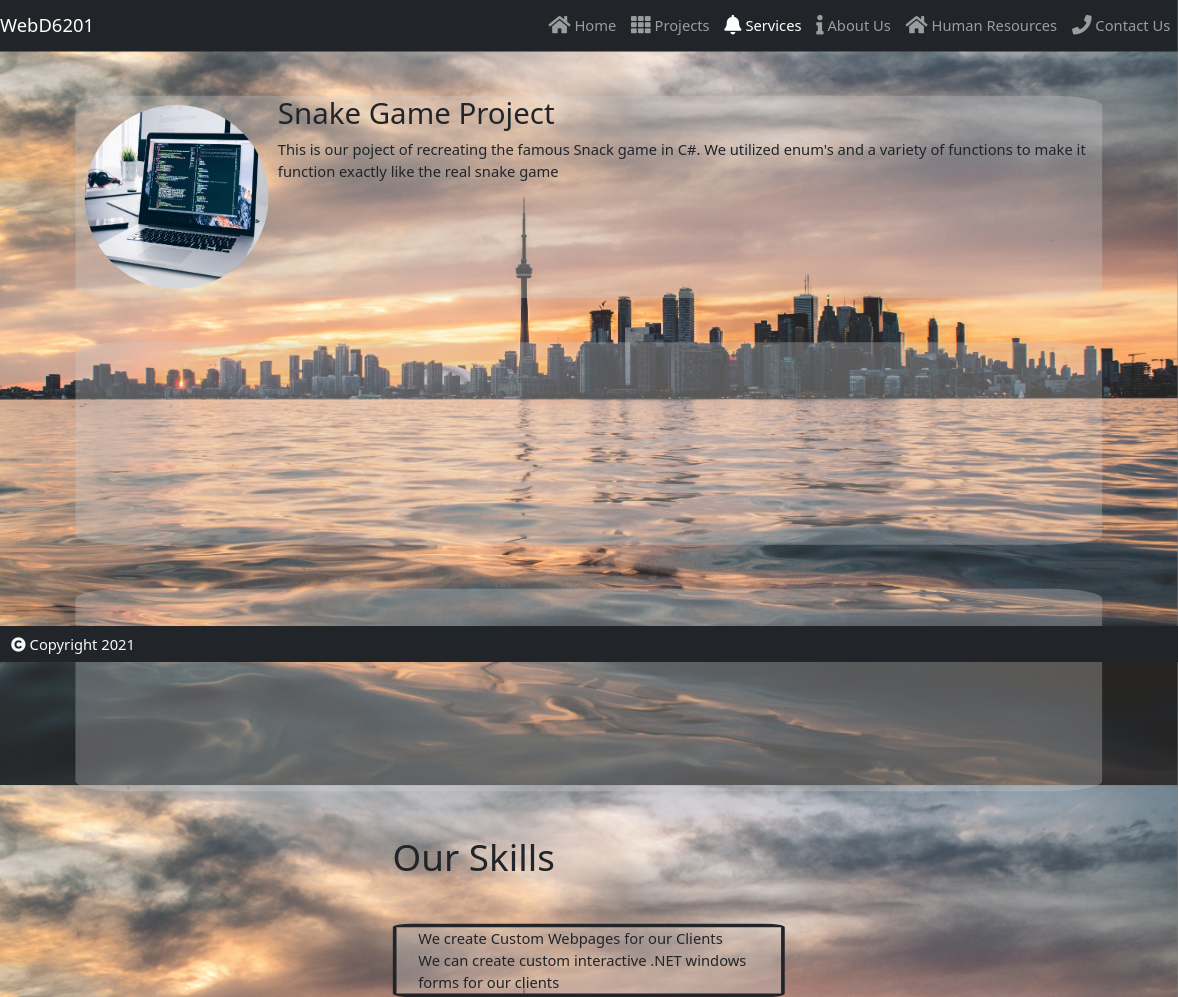
Repository: Tomelinski/Webd6201-Lab02
Page: services.html
These files come from the project's save history. The page is drawn as it stood at one moment and after the next save; the edit follows.
The browser window is 1280 px wide. The pictures show the whole page, at 92% of full size.
Backgrounds fixed to the window are drawn as part of the page.

Above is the page before, as saved 2021-02-05 21:53:25.

After the next save:
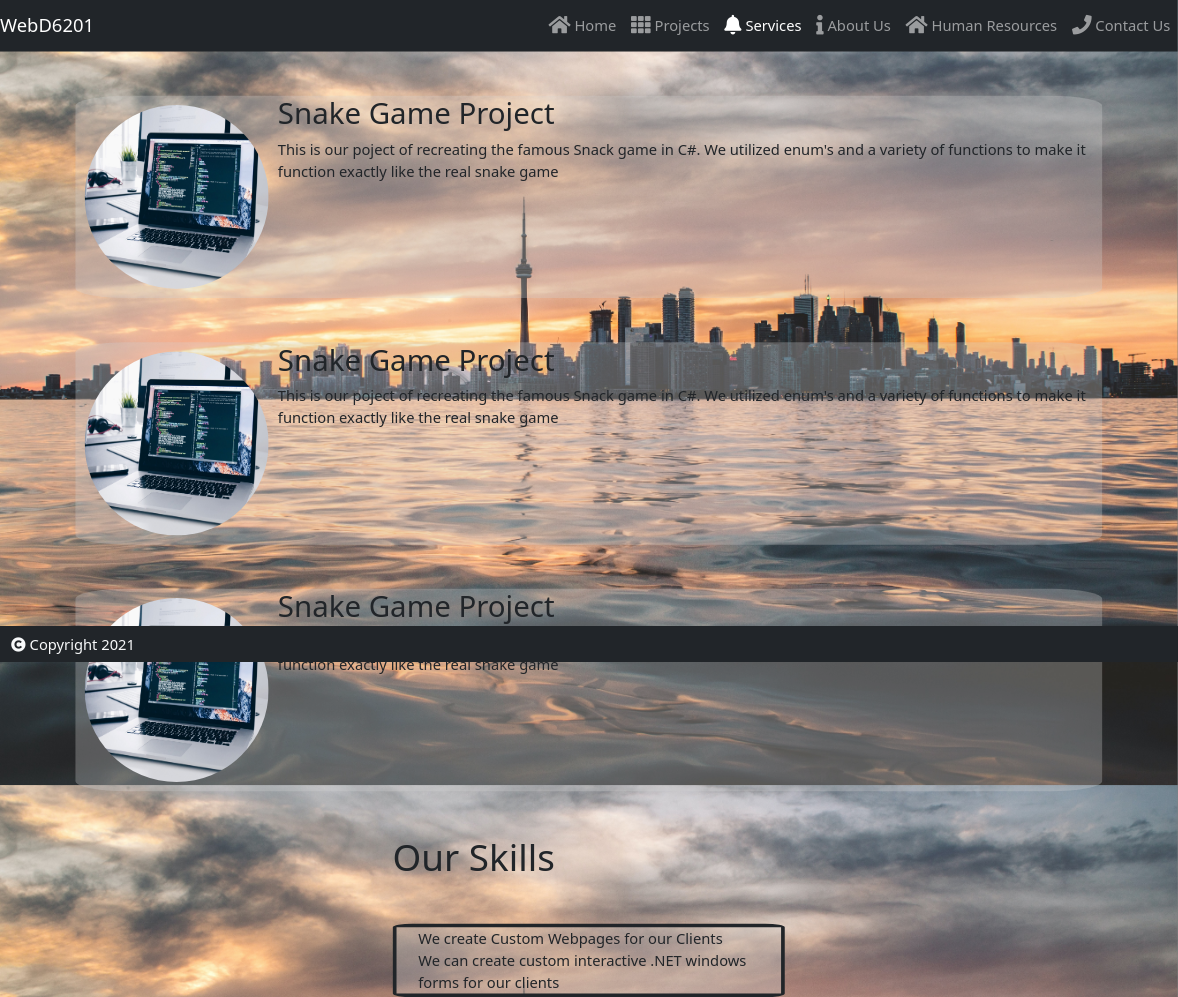
Saved 4 min 56 s later.
--- a/Scripts/app.js
+++ b/Scripts/app.js
@@ -261,6 +261,54 @@
         serviceOne.appendChild(serviceOneHeading);
         serviceOne.appendChild(aboutServiceOne);
 
+        // About project Two---------------------------------------
+        //-Create Elements for About project one
+        let serviceTwo = document.getElementById("service2");
+        let serviceTwoHeading = document.createElement("h2");
+        let serviceTwoPic = document.createElement("img");
+        let aboutServiceTwo = document.createElement("p");
+
+        // Set the Attributes, html, and Content for project 1 Elements
+        //-Name Heading
+        serviceTwoHeading.textContent = "Snake Game Project";
+        //-Portrait
+        serviceTwoPic.setAttribute("src", "../Pictures/service_webdev.jpg");
+        serviceTwoPic.setAttribute("class", "serviceOnePic");
+        serviceTwoPic.setAttribute("alt", "Snake project");
+
+        //-About project Info
+        aboutServiceTwo.innerHTML = `<p>This is our poject of recreating the famous Snack game in C#. We utilized enum's and a variety of functions to make it function exactly like the real snake game</p>`;
+
+        // Insert the Elements within the project1 div
+        serviceTwo.appendChild(serviceTwoPic);
+        serviceTwo.appendChild(serviceTwoHeading);
+        serviceTwo.appendChild(aboutServiceTwo);
+
+        // About project Three------------------------------------
+        //-Create Elements for About project one
+        let serviceThree = document.getElementById("service3");
+        let serviceThreeHeading = document.createElement("h2");
+        let serviceThreePic = document.createElement("img");
+        let aboutServiceThree = document.createElement("p");
+
+        // Set the Attributes, html, and Content for project 1 Elements
+        //-Name Heading
+        serviceThreeHeading.textContent = "Snake Game Project";
+        //-Portrait
+        serviceThreePic.setAttribute("src", "../Pictures/service_webdev.jpg");
+        serviceThreePic.setAttribute("class", "serviceOnePic");
+        serviceThreePic.setAttribute("alt", "Snake project");
+
+        //-About project Info
+        aboutServiceThree.innerHTML = `<p>This is our poject of recreating the famous Snack game in C#. We utilized enum's and a variety of functions to make it function exactly like the real snake game</p>`;
+
+        // Insert the Elements within the project1 div
+        serviceThree.appendChild(serviceThreePic);
+        serviceThree.appendChild(serviceThreeHeading);
+        serviceThree.appendChild(aboutServiceThree);
+
+
+
 
         //create header and paragraph for our services and skills
         let newHeader = document.createElement("h1");
